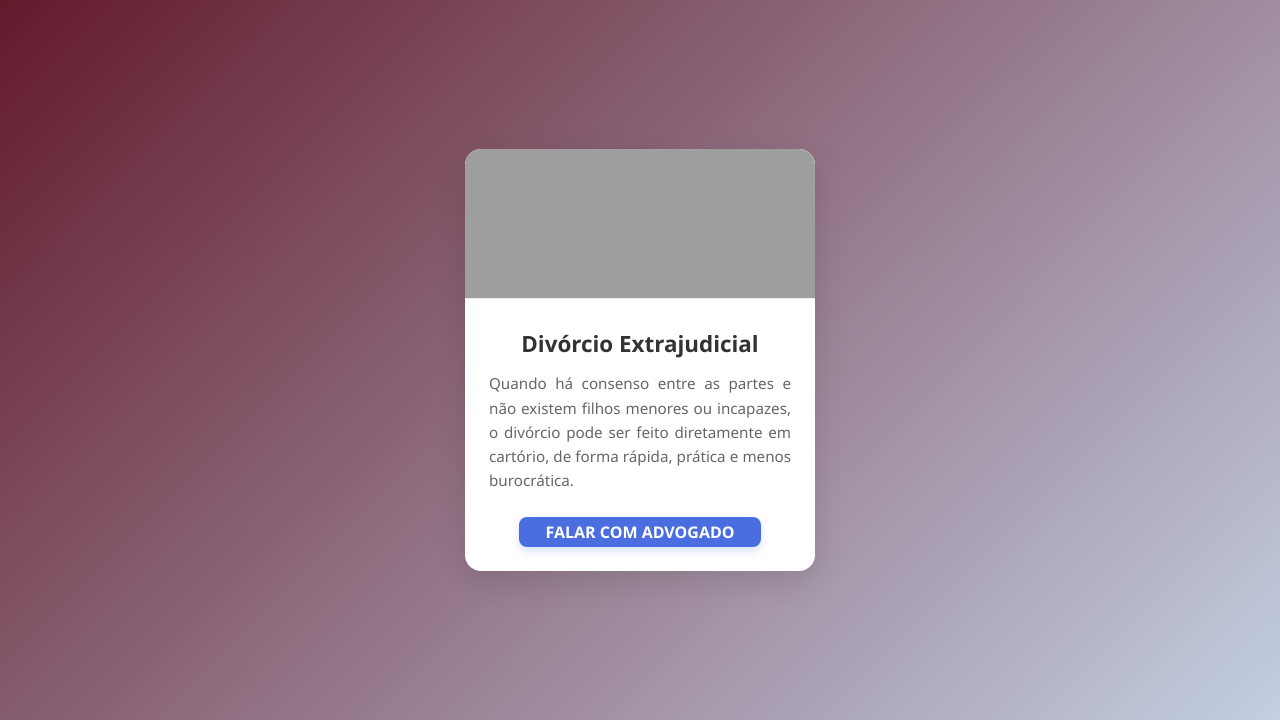
Repository: EmanuelVieiira/landing-page-advocacia
Page: teste.html
An editor plug-in stored every save of this project. The page is shown before and after a run of saves, followed by the edit.
The browser window is 1280 px wide. The pictures show the whole page.
Pictures or frames that could not be fetched are drawn as grey boxes.

Above is the page before, as saved 2026-02-04 22:12:34.

### teste.html
<!DOCTYPE html>
<html lang="pt-br">
<head>
    <meta charset="UTF-8">
    <meta name="viewport" content="width=device-width, initial-scale=1.0">
    <title>Card Simples</title>
    <!-- REMOVIDO: link do Font Awesome -->
    <style>
        * {
            margin: 0;
            padding: 0;
            box-sizing: border-box;
            font-family: 'Segoe UI', Tahoma, Geneva, Verdana, sans-serif;
        }

        body {
            display: flex;
            justify-content: center;
            align-items: center;
            min-height: 100vh;
            background: linear-gradient(135deg, #621a2b 0%, #c3cfe2 100%);
            padding: 20px;
        }

        .card-container {
            width: 100%;
            max-width: 350px;
            background-color: white;
            border-radius: 16px;
            overflow: hidden;
            box-shadow: 0 10px 30px rgba(0, 0, 0, 0.12);
            transition: transform 0.3s ease, box-shadow 0.3s ease;
        }

        .card-container:hover {
            transform: translateY(-8px);
            box-shadow: 0 15px 35px rgba(0, 0, 0, 0.15);
        }

        .card-img {
            width: 100%;
            height: 150px;
            object-fit: cover;
            border-bottom: 1px solid #f0f0f0;
            border-radius: 16px 16px 0 0;
        }

        .card-content {
            padding: 24px;
            text-align: center;
        }

        .card-title {
            font-size: 1.4rem;
            color: #333;
            margin-bottom: 12px;
            font-weight: 600;
        }

        .card-text {
            color: #666;
            line-height: 1.6;
            margin-bottom: 24px;
            text-align: justify;
            font-size: 0.95rem;
        }

        /* BOTÃO CORRIGIDO - sem Font Awesome */
        .card-button {
            display: inline-block; /* Alterado de inline-flex para inline-block */
            width: 80%; /* Alterado de 70% para 100% */
            height: 30px; /* Alterado de 20% para valor fixo */
            background-color: #4a6ee0;
            color: white;
            border: none;
            border-radius: 8px; /* Aumentado de 3px para 8px */
            cursor: pointer;
            font-size: 1rem; /* Tamanho padrão para texto */
            font-weight: 600; /* Texto em negrito */
            transition: all 0.3s ease;
            box-shadow: 0 4px 8px rgba(74, 110, 224, 0.2);
            text-align: center;
            line-height: 30px; /* Centraliza verticalmente */
            text-decoration: none; /* Remove sublinhado se for link */
        }

        .card-button:hover {
            background-color: #3a5bd0;
            transform: scale(1.02); /* Reduzido de 1.05 para 1.02 */
            box-shadow: 0 6px 12px rgba(74, 110, 224, 0.3);
        }

        .card-button:active {
            transform: scale(0.98);
        }

        @media (max-width: 400px) {
            .card-container {
                max-width: 300px;
            }

            .card-img {
                height: 120px; /* Reduzido para mobile */
            }

            .card-button {
                height: 45px; /* Reduzido para mobile */
                line-height: 45px; /* Ajustado para mobile */
                font-size: 0.95rem;
            }
        }
    </style>
</head>
<body>
    <div class="card-container">
        <!-- Imagem com bordas arredondadas na parte superior -->
        <img src="https://images.unsplash.com/photo-1506744038136-46273834b3fb" alt="Paisagem natural" class="card-img">

        <div class="card-content">
            <h3 class="card-title">Divórcio Extrajudicial</h3>
            <p class="card-text">
                Quando há consenso entre as partes e não existem filhos menores ou incapazes, o divórcio pode ser feito diretamente em cartório, de forma rápida, prática e menos burocrática.
            </p>

            <!-- Botão corrigido - sem ícone, apenas texto -->
            <button class="card-button" aria-label="Falar com advogado">
                FALAR COM ADVOGADO
            </button>
        </div>
    </div>

    <script>
        // Interatividade simples para o botão
        document.querySelector('.card-button').addEventListener('click', function() {
            alert('Redirecionando para falar com advogado...');
        });
    </script>
</body>
</html>

After the next 3 saves:
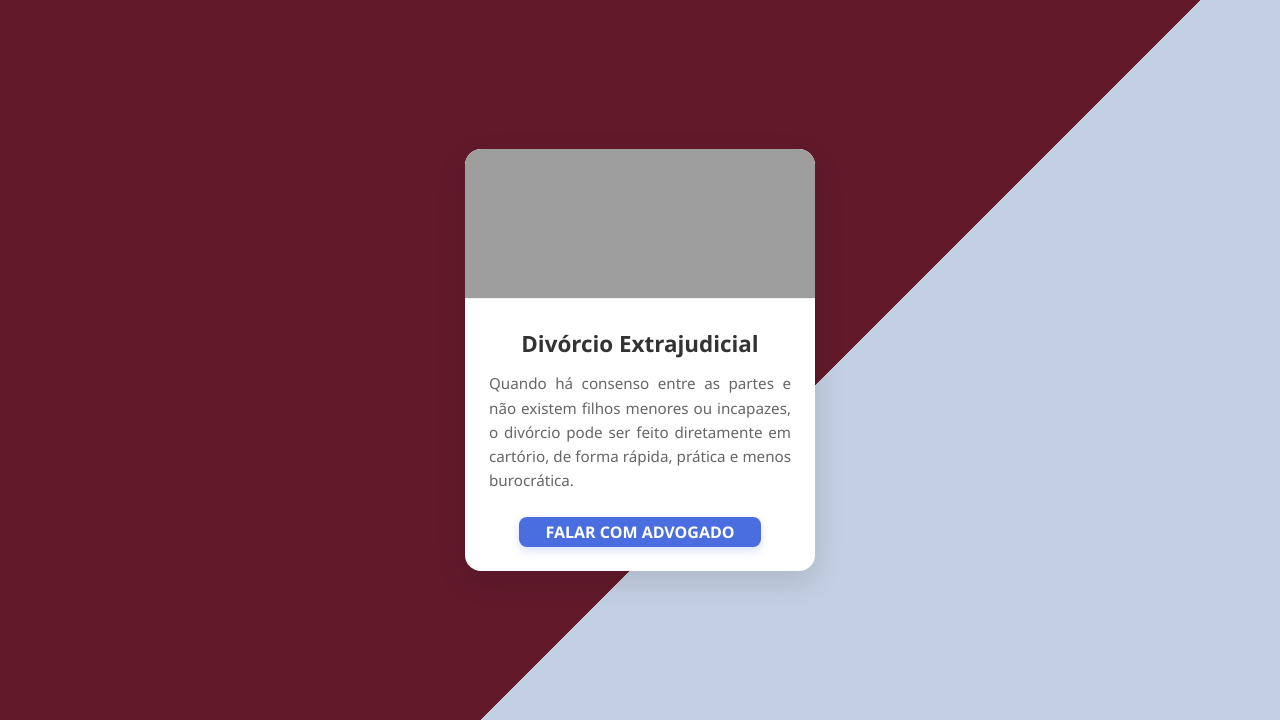
The 3 saves are shown as one change because they came seconds apart.
The last was saved 27 s later.
--- a/teste.html
+++ b/teste.html
@@ -18,7 +18,7 @@
             justify-content: center;
             align-items: center;
             min-height: 100vh;
-            background: linear-gradient(135deg, #621a2b 0%, #c3cfe2 100%);
+            background: linear-gradient(135deg, #621a2b 60%, #c3cfe2 40%);
             padding: 20px;
         }
 
